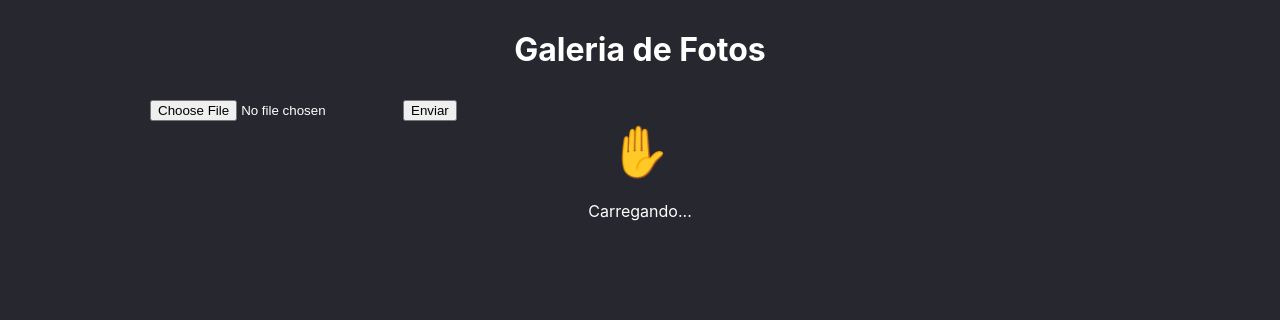
Repository: coderlucianasena/photo-gallery
Page: /
An editor plug-in stored every save of this project. The page is shown before and after the next save, followed by the edit.
The browser window is 1280 px wide. The pictures show the whole page.
The page's requests for data from a server got no answer. The project was rebuilt for these pictures with package versions that can differ from the ones it lists, and the page was loaded fresh each time. No one was signed in, and anything a server would have sent is missing. Imported but missing from the stored project, and not drawn on this page: src/components/PhotoItem.

Above is the page before, as saved 2023-02-26 16:13:57.

### src/App.tsx
import { useState, useEffect } from 'react';
import * as C from './App.styles';
import * as Photos from './services/photos';
import { Photo } from './types/Photo';
import { PhotoItem } from './components/PhotoItem';

const App = () => {
  const [loading, setLoading] = useState(false);
  const [photos, setPhotos] = useState<Photo[]>([]);

  useEffect(() => {
    const getPhotos = async () => {
      setLoading(true);
      setPhotos(await Photos.getAll());
      setLoading(false);
    }
    getPhotos();
  }, []);

  const handleFormSubmit = () => {

  }

  return (
    <C.Container>
      <C.Area>
        <C.Header>Galeria de Fotos</C.Header>

        <C.UploadForm method="POST" onSubmit={handleFormSubmit}>
          <input type="file" name="image" />
          <input type="submit" value="Enviar" />

        </C.UploadForm>

        {loading &&
          <C.ScreenWarning>
            <div className="emoji">✋</div>
            <div>Carregando...</div>
          </C.ScreenWarning>
        }

        {!loading && photos.length > 0 &&
          <C.PhotoList>
            {photos.map((item, index) => (
              <PhotoItem key={index} url={item.url} name={item.name} />
            ))}
          </C.PhotoList>
        }

        {!loading && photos.length === 0 &&
          <C.ScreenWarning>
            <div className="emoji">😞</div>
            <div>Não há fotos cadastradas.</div>
          </C.ScreenWarning>
        }
      </C.Area>
    </C.Container>
  );
}

export default App;

### src/App.styles.ts
import styled from "styled-components";

export const Container = styled.div`
    background-color: #27282F;
    color: #FFF;
    min-height: 100vh;
    `;

export const Area = styled.div`
    margin: auto;
    max-width: 980px;
    padding: 30px 0;
`;

export const Header = styled.h1`
    margin: 0;
    padding: 0;
    text-align: center;
    margin-bottom: 30px;
`;

export const ScreenWarning = styled.div`
    text-align: center;

    .emoji {
        font-size: 50px;
        margin-bottom: 20px;
    }
`;

export const PhotoList = styled.div`
    display: grid;
    grid-template-columns: repeat(4, 1fr);
    gap: 10px;
`;

export const UploadForm = styled.form`

`;

### src/services/photos.ts
import { Photo } from '../types/Photo';
import { storage } from '../libs/firebase';
import { ref, listAll, getDownloadURL } from 'firebase/storage';

export const getAll = async () => {
    let list: Photo[] = [];

    const imagesFolder = ref(storage, "images");
    const photoList = await listAll(imagesFolder);

    for (let i in photoList.items) {
        let photoUrl = await getDownloadURL(photoList.items[i]);

        list.push({
            name: photoList.items[i].name,
            url: photoUrl,
        });
    }
    return list;
}

### src/libs/firebase.ts
import { initializeApp } from 'firebase/app';
import { getStorage } from 'firebase/storage';

const firebaseConfig = {
    apiKey: process.env.REACT_APP_FIREBASE_APIKEY,
    authDomain: process.env.REACT_APP_FIREBASE_AUTHDOMAIN,
    projectId: process.env.REACT_APP_FIREBASE_PROJECTID,
    storageBucket: process.env.REACT_APP_FIREBASE_STORAGEBUCKET,
    messagingSenderId: process.env.REACT_APP_FIREBASE_MESSEAGINGSENDERID,
    appId: process.env.REACT_APP_FIREBASE_APPID,
    measurementId:process.env.REACT_APP_FIREBASE_MEASUREMENTID
};

const firebaseApp = initializeApp(firebaseConfig);

export const storage = getStorage(firebaseApp);

Loaded but not shown: public/index.html (common file); src/index.tsx (common file); src/index.css (common file); src/reportWebVitals.ts (common file)

After the next save:
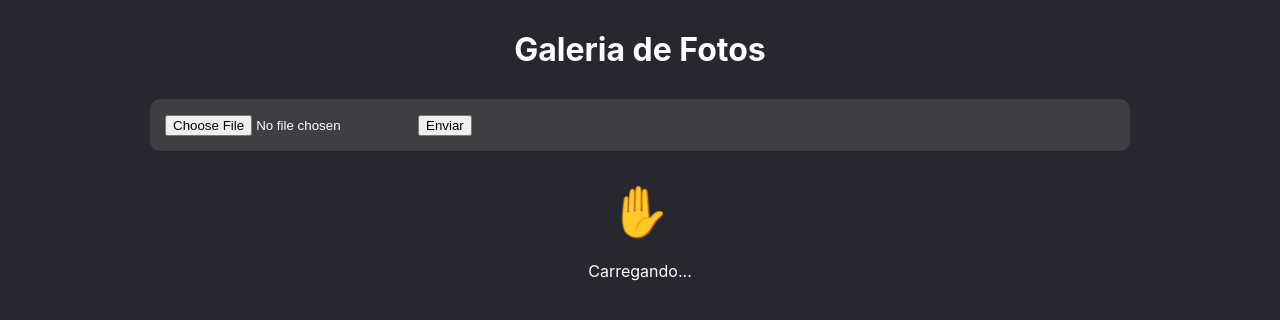
Saved 86 s later.
--- a/src/App.styles.ts
+++ b/src/App.styles.ts
@@ -35,5 +35,8 @@ export const PhotoList = styled.div`
 `;
 
 export const UploadForm = styled.form`
-
+    background-color: #3D3F43;
+    padding: 15px;
+    border-radius: 10px;
+    margin-bottom: 30px;
 `;
